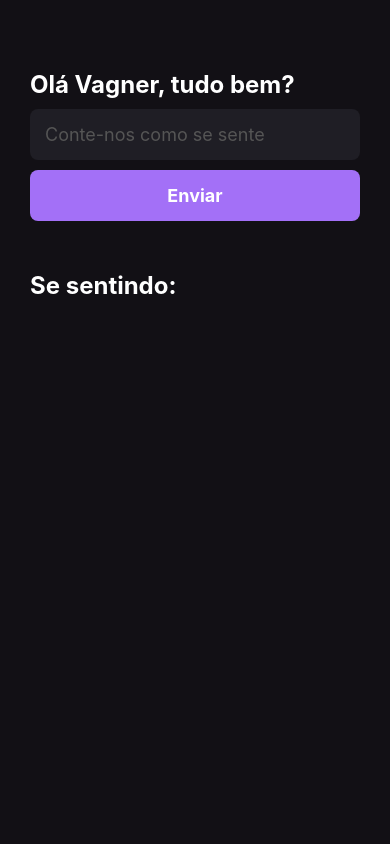
Repository: vagnereix/01-myskills-trilha-react-native
Screen: /
The author's editor kept a copy of each file at every save. The screen is drawn from the files as they stood at one save, then again after the next save.
The app was drawn by React Native's web renderer in a window 390 px wide. The project was rebuilt for these pictures with package versions that can differ from the ones it lists, and the page was loaded fresh each time.

Above is the screen before, as saved 2021-06-17 17:57:25.

After the next save:
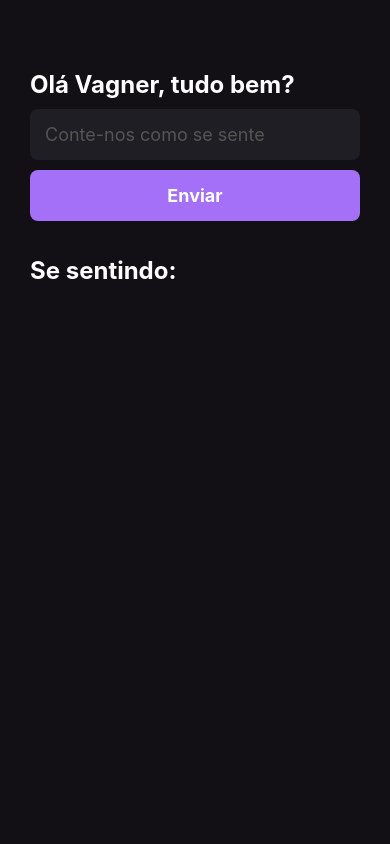
Saved 57 s later.
--- a/pages/home.tsx
+++ b/pages/home.tsx
@@ -34,7 +34,7 @@ export function Home() {
           <Text style={styles.touchText}>Enviar</Text>
         </TouchableOpacity>
 
-        <Text style={[styles.title, {marginTop: 50}]}>Se sentindo:</Text>
+        <Text style={[styles.title, {marginTop: 35}]}>Se sentindo:</Text>
         <Text style={styles.feeling}>{ feeling }</Text>
       </View>
     );
